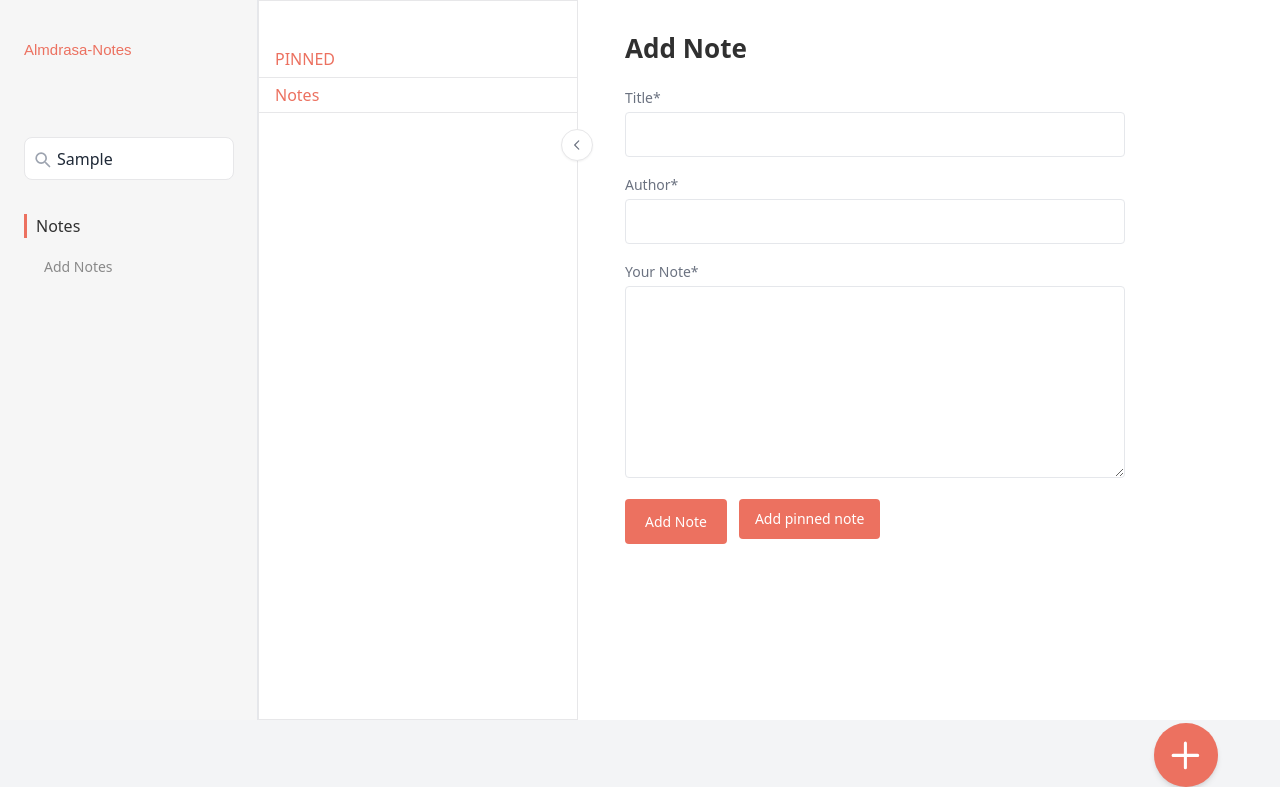
Repository: wafaa399/Note-App
Page: index.html
These files come from the project's save history. The page is drawn as it stood at one moment and after the next save; the edit follows.
The browser window is 1280 px wide. The pictures show the whole page.
Empty fields were first filled with sample values (such as "Sample", 5 or name@example.com).
After loading, the first visible `#addNoteFab` was clicked once.
Some web fonts or font styles are not loaded; a fallback is used. Some web libraries are served in a nearby version.

Above is the page before, as saved 2026-07-20 02:46:49.

### index.html
<!doctype html>
<html lang="en">
  <head>
    <meta charset="UTF-8" />
    <meta name="viewport" content="width=device-width, initial-scale=1.0" />
    <meta
      name="description"
      content="A notes application built with HTML, CSS, and JavaScript."
    />
    <meta name="keywords" content="notes, HTML, CSS, JavaScript" />
    <link rel="icon" href="/img/Logo.png" type="image/png" />
    <title>Note App</title>
    <script src="https://cdn.tailwindcss.com"></script>
    <link rel="preconnect" href="https://fonts.googleapis.com" />
    <link rel="preconnect" href="https://fonts.gstatic.com" crossorigin />
    <link
      href="https://fonts.googleapis.com/css2?family=Aclonica&display=swap"
      rel="stylesheet"
    />

    <script>
      tailwind.config = {
        theme: {
          extend: {
            fontFamily: {
              aclonica: ["Aclonica", "sans-serif"],
            },
          },
        },
      };
    </script>
  </head>
  <script
    type="module"
    src="https://unpkg.com/ionicons@7.1.0/dist/ionicons/ionicons.esm.js"
  ></script>
  <script
    nomodule
    src="https://unpkg.com/ionicons@7.1.0/dist/ionicons/ionicons.js"
  ></script>
  <script type="module" src="./src/controller.js"></script>
  <body class="bg-gray-100 h-screen overflow-hidden text-sm text-gray-800">
    <div class="flex h-screen w-screen relative">
      <!--------SIDEBAR -------->
      <aside
        id="sidebar"
        class="bg-[#F6F6F6] border-r border-gray-200 flex-shrink-0 overflow-hidden pl-6 pt-10"
        style="width: 16.125rem"
      >
        <div class="w-[8.375rem] h-[1.0625rem] mb-[5rem]">
          <h1 class="font-aclonica text-[0.9375rem] text-[#EC7160] font-normal">
            Almdrasa-Notes
          </h1>
        </div>

        <div class="relative mb-5 w-[13.125rem] h-[2.6875rem]">
          <input
            type="text"
            placeholder="Search"
            class="w-full h-full text-[1rem] border border-[#E7E7E9] rounded-lg pl-8 py-2 outline-none focus:ring-1 focus:ring-red-400"
          />
          <svg
            class="w-5 h-5 text-gray-400 absolute left-2 top-1/2 -translate-y-1/2"
            fill="none"
            stroke="currentColor"
            viewBox="0 0 24 24"
          >
            <path
              stroke-linecap="round"
              stroke-linejoin="round"
              stroke-width="2"
              d="M21 21l-4.35-4.35M17 11a6 6 0 11-12 0 6 6 0 0112 0z"
            />
          </svg>
        </div>
        <div class="space-y-2">
          <button
            data-view="notes"
            class="nav-item relative w-full h-[3.3rem] pl-3 rounded text-[1rem] font-medium text-[#303030] flex items-center"
          >
            <span
              class="absolute left-0 top-1/2 -translate-y-1/2 w-[.2rem] h-[1.5rem] bg-[#EC7160]"
            ></span>
            Notes
          </button>

          <button
            data-view="add"
            class="nav-item w-full h-3 text-left pl-5 rounded text-[#898989] flex items-center hover:bg-gray-50"
          >
            Add Notes
          </button>
        </div>
      </aside>

      <!--NOTES LIST:pinned or all -->
      <section
        class="relative w-80 flex-shrink-0 border border-[#E7E7E9] bg-white text-[#EC7160] h-full"
      >
        <div class="h-full overflow-y-auto overflow-x-hidden px-4 pt-12">
          <div class="mb-1">
            <p class="text-[1rem] font-normal mb-2">PINNED</p>
            <div id="pinnedList" class="space-y-1"></div>
          </div>
          <div class="mt-17">
            <div
              class="-mx-4 mb-8 h-[36px] border-y border-[#E7E7E9] flex items-center"
            >
              <p class="px-4 text-[1rem] font-normal">Notes</p>
            </div>
            <div id="notesList" class="space-y-9"></div>
          </div>
        </div>
        <button
          id="toggleBtn"
          class="absolute top-32 right-0 translate-x-1/2 z-20 w-8 h-8 bg-white border border-[#E7E7E9] rounded-full flex items-center justify-center shadow-sm hover:bg-gray-50 transition-all"
        >
          <svg
            id="toggleIcon"
            class="w-3.5 h-3.5 text-gray-500 transition-transform"
            fill="none"
            stroke="currentColor"
            viewBox="0 0 24 24"
          >
            <path
              stroke-linecap="round"
              stroke-linejoin="round"
              stroke-width="2"
              d="M15 19l-7-7 7-7"
            />
          </svg>
        </button>
      </section>
      <!--NOTE DETAIL -->
      <main class="flex-1 overflow-y-auto bg-white">
        <div id="detailView" class="max-w-2xl mx-auto p-8"></div>
        <button
          id="addNoteFab"
          class="absolute top-[45.2rem] right-[3.9rem] w-16 h-16 rounded-full bg-[#EC7160] text-white flex items-center justify-center shadow-md hover:bg-[#e05f4d] transition-colors"
        >
          <svg
            class="w-[2.3rem] h-[2.3rem]"
            fill="none"
            stroke="currentColor"
            viewBox="0 0 24 24"
          >
            <path
              stroke-linecap="round"
              stroke-linejoin="round"
              stroke-width="2"
              d="M12 4v16m8-8H4"
            />
          </svg>
        </button>
      </main>
    </div>
  </body>
</html>

### src/controller.js
// ==========================================
// CONTROLLER: هو الوحيد اللي بيكلم الـ Model والـ Views مع بعض
// ==========================================
import * as Model from "./model.js";
import { renderNotesList } from "./Views/notesView.js";
import { renderNoteDetail, renderAddNoteForm } from "./Views/detailsView.js";

let currentQuery = "";

function refreshList() {
  const source = currentQuery
    ? Model.searchNotes(currentQuery)
    : Model.getAllNotes();
  const pinned = source.filter((n) => n.pinned);
  const unpinned = source.filter((n) => !n.pinned);

  renderNotesList({
    pinned,
    unpinned,
    onSelect: (id) => {
      const note = Model.getNoteById(id);
      renderNoteDetail(note);
    },
    onDelete: (id) => {
      Model.deleteNote(id);
      refreshList();
      renderNoteDetail(null);
    },
  });
}

function showAddNoteForm() {
  renderAddNoteForm({
    onSubmit: ({ title, author, content, pinned }) => {
      const note = Model.addNote({ title, author, content, pinned });
      refreshList();
      renderNoteDetail(note);
    },
  });
}

function initSidebar() {
  document.querySelectorAll(".nav-item").forEach((btn) => {
    btn.addEventListener("click", () => {
      const view = btn.dataset.view;
      if (view === "add") {
        showAddNoteForm();
      } else {
        renderNoteDetail(null);
      }
    });
  });

  document
    .getElementById("addNoteFab")
    .addEventListener("click", showAddNoteForm);
}

function initSearch() {
  document
    .querySelector('input[placeholder="Search"]')
    .addEventListener("input", (e) => {
      currentQuery = e.target.value;
      refreshList();
    });
}

function initToggleSidebar() {
  const sidebar = document.getElementById("sidebar");
  const toggleBtn = document.getElementById("toggleBtn");
  const toggleIcon = document.getElementById("toggleIcon");
  let collapsed = false;

  toggleBtn.addEventListener("click", () => {
    collapsed = !collapsed;
    sidebar.style.width = collapsed ? "0rem" : "16.125rem";
    sidebar.style.paddingLeft = collapsed ? "0" : "";
    toggleIcon.style.transform = collapsed ? "rotate(180deg)" : "rotate(0deg)";
  });
}

function init() {
  initSidebar();
  initSearch();
  initToggleSidebar();
  refreshList();
  renderNoteDetail(null);
}

document.addEventListener("DOMContentLoaded", init);

### src/model.js
const Storage_Key = "almdrasa_notes";

// قراءة البيانات من Local Storage
function loadNotes() {
  const data = localStorage.getItem(Storage_Key);
  return data ? JSON.parse(data) : [];
}

// حفظ البيانات في Local Storage
function saveNotes(notes) {
  localStorage.setItem(Storage_Key, JSON.stringify(notes));
}

let notes = loadNotes();

export function getAllNotes() {
  return notes;
}

///status of notes
//1-pinned notes
export function getPinnedNotes() {
  return notes.filter((n) => n.pinned);
}

//2-regular notes
export function getUnpinnedNotes() {
  return notes.filter((n) => !n.pinned);
}
export function getNoteById(id) {
  return notes.find((n) => n.id === id);
}

export function addNote({ title, author, content, pinned = false }) {
  const newNote = {
    id: Date.now().toString(),
    title,
    author,
    content,
    date: new Date().toISOString(),
    pinned,
  };
  notes.unshift(newNote);
  saveNotes(notes);
  return newNote;
}

export function deleteNote(id) {
  notes = notes.filter((n) => n.id !== id);
  saveNotes(notes);
}

// export function togglePin(id) {
//   const note = getNoteById(id);
//   if (note) {
//     note.pinned = !note.pinned;
//     saveNotes(notes);
//   }
// }

export function searchNotes(query) {
  const q = query.trim().toLowerCase();
  if (!q) return notes;
  return notes.filter(
    (n) =>
      n.title.toLowerCase().includes(q) || n.content.toLowerCase().includes(q),
  );
}

### src/views/notesView.js
import { formatDate, truncate, clear } from "../helper.js";

function noteItemHTML(note) {
  return `
    <div class="w-[16.625rem] h-[6.625rem] note-item cursor-pointer px-2 py-2 rounded hover:bg-gray-50" data-id="${note.id}">
      <p class="font-medium text-[#303030] leading-6 text-[1rem] ">${note.title}</p>
      <p class="w-[16.5625rem] h-[2.5rem] text-[#898989]  text-[.82rem] font-medium leading-5  mt-1">${truncate(note.content, 70)}</p>
      <div class=" w-[14.5625rem] flex justify-between items-center mt-1 ">
        <span class="text-[#898989] text-[.81rem]  leading-5  font-medium mt-2">${formatDate(note.date)}</span>
        <button class="delete-btn text-[#D82700] text-sm " data-id="${note.id}">Delete</button>
      </div>
    </div>
  `;
}

export function renderNotesList({ pinned, unpinned, onSelect, onDelete }) {
  const pinnedContainer = document.getElementById("pinnedList");
  const notesContainer = document.getElementById("notesList");
  clear(pinnedContainer);
  clear(notesContainer);

  pinned.forEach((note) =>
    pinnedContainer.insertAdjacentHTML("beforeend", noteItemHTML(note)),
  );
  unpinned.forEach((note) =>
    notesContainer.insertAdjacentHTML("beforeend", noteItemHTML(note)),
  );

  document.querySelectorAll(".note-item").forEach((item) => {
    item.addEventListener("click", (e) => {
      if (e.target.classList.contains("delete-btn")) return;
      onSelect(item.dataset.id);
    });
  });

  document.querySelectorAll(".delete-btn").forEach((btn) => {
    btn.addEventListener("click", (e) => {
      e.stopPropagation();
      onDelete(btn.dataset.id);
    });
  });
}

### src/views/detailsView.js
import { formatDate } from "../helper.js";

export function renderNoteDetail(note) {
  const container = document.getElementById("detailView");
  if (!note) {
    container.innerHTML = `<p class="text-gray-400 text-center mt-20">اختار Note من القايمة عشان تتعرض هنا</p>`;
    return;
  }
  container.innerHTML = `
    <h2 class="text-2xl font-semibold text-[#303030] mb-1">${note.title}</h2>
    <p class="text-gray-400 text-sm mb-6">${formatDate(note.date)} / By ${note.author}</p>
    <p class="text-gray-600 leading-7 whitespace-pre-line">${note.content}</p>
  `;
}

export function renderAddNoteForm({ onSubmit }) {
  const container = document.getElementById("detailView");
  container.innerHTML = `

    <div class=" w-[37.5rem] h-[34.625rem] space-y-4 max-w-md">
    <h2 class="text-[1.63rem] leading-8 font-semibold text-[#303030] mb-6">Add Note</h2>
      <div class="w-[31.25rem] h-[4.4375rem]">
        <label class="block text-gray-500 mb-1">Title*</label>
        <input id="noteTitle" type="text" class=" w-[31.25rem] h-[2.8125rem] border border-gray-200 rounded px-3 py-2 outline-none focus:ring-1 focus:ring-red-400" />
      </div>
      <div class="w-[31.25rem] h-[4.4375rem]">
        <label class="block text-gray-500 mb-1">Author*</label>
        <input id="noteAuthor" type="text" class=" w-[31.25rem] h-[2.8125rem] border border-gray-200 rounded px-3 py-2 outline-none focus:ring-1 focus:ring-red-400" />
      </div>
      <div>
        <label class="block text-gray-500 mb-1">Your Note*</label>
        <textarea id="noteContent" rows="6" class="w-[31.25rem] h-[12rem] border border-gray-200 rounded px-3 py-2 outline-none focus:ring-1 focus:ring-red-400"></textarea>
      </div>
      <div class="flex gap-3">
        <button id="addNoteBtn" class="[9rem] h-[2.8125rem] bg-[#EC7160] text-white px-5 py-2 rounded hover:bg-[#e05f4d]">Add Note</button>
        <button id="addPinnedBtn" class=" [8.625rem] h-[2.5rem] bg-[#EC7160] text-white  px-4 py-2 rounded hover:bg-[#e05f4d]">Add pinned note</button>
      </div>
    </div>
  `;

  function submitHandler(pinned) {
    const title = document.getElementById("noteTitle").value.trim();
    const author = document.getElementById("noteAuthor").value.trim();
    const content = document.getElementById("noteContent").value.trim();
    if (!title || !author || !content) {
      alert("من فضلك املأ كل الحقول");
      return;
    }
    onSubmit({ title, author, content, pinned });
  }

  document
    .getElementById("addNoteBtn")
    .addEventListener("click", () => submitHandler(false));
  document
    .getElementById("addPinnedBtn")
    .addEventListener("click", () => submitHandler(true));
}

### src/helper.js
export function formatDate(isoString) {
  const date = new Date(isoString);
  return date.toLocaleDateString("en-US", {
    month: "short",
    day: "numeric",
    year: "numeric",
  });
}
// //if the description of note very long add like etc...
export function truncate(text, maxLength = 90) {
  if (text.length <= maxLength) return text;
  return text.slice(0, maxLength).trim();
}

//for clearing search
export function clear(container) {
  container.innerHTML = "";
}

After the next save:
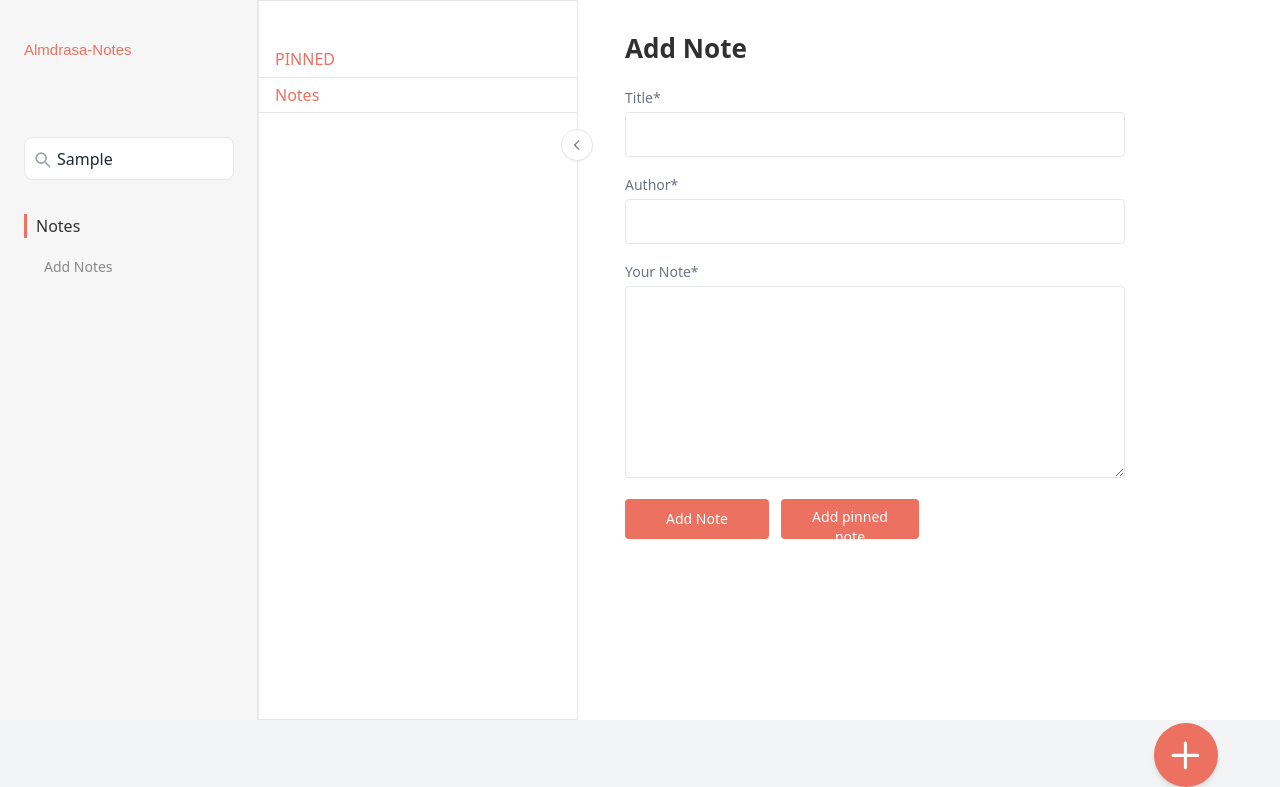
Saved 40 s later.
--- a/src/views/detailsView.js
+++ b/src/views/detailsView.js
@@ -32,8 +32,8 @@ export function renderAddNoteForm({ onSubmit }) {
         <textarea id="noteContent" rows="6" class="w-[31.25rem] h-[12rem] border border-gray-200 rounded px-3 py-2 outline-none focus:ring-1 focus:ring-red-400"></textarea>
       </div>
       <div class="flex gap-3">
-        <button id="addNoteBtn" class="[9rem] h-[2.8125rem] bg-[#EC7160] text-white px-5 py-2 rounded hover:bg-[#e05f4d]">Add Note</button>
-        <button id="addPinnedBtn" class=" [8.625rem] h-[2.5rem] bg-[#EC7160] text-white  px-4 py-2 rounded hover:bg-[#e05f4d]">Add pinned note</button>
+        <button id="addNoteBtn" class="w-[9rem] h-[2.5rem] bg-[#EC7160] text-white px-5 py-2 rounded hover:bg-[#e05f4d]">Add Note</button>
+        <button id="addPinnedBtn" class="w-[8.625rem] h-[2.5rem] bg-[#EC7160] text-white  px-4 py-2 rounded hover:bg-[#e05f4d]">Add pinned note</button>
       </div>
     </div>
   `;
